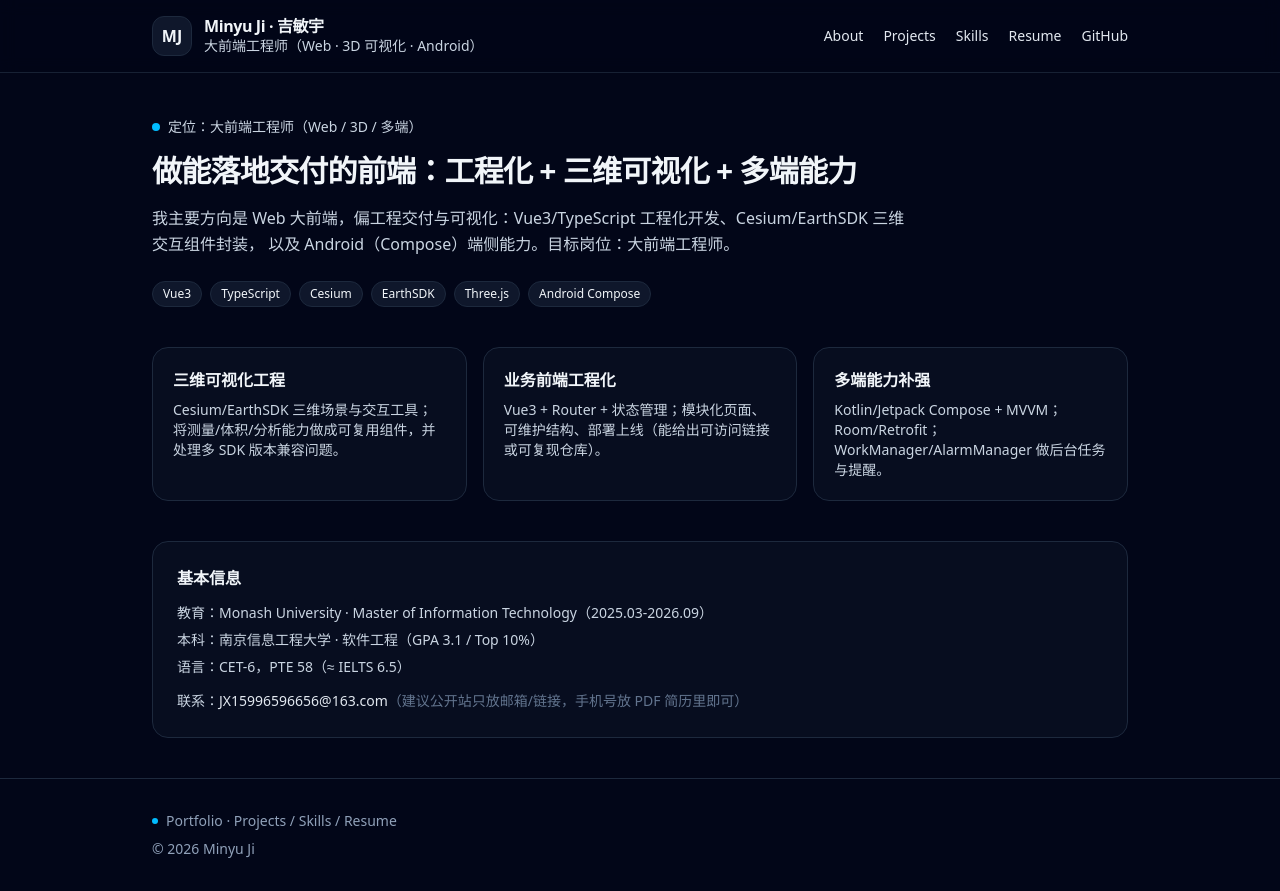
Repository: Andrew-JX/mj-portfolio
Page: /
An editor plug-in stored every save of this project. The page is shown before and after the next save, followed by the edit.
The browser window is 1280 px wide. The pictures show the whole page.
The project was rebuilt for these pictures with package versions that can differ from the ones it lists, and the page was loaded fresh each time. Also part of the build but not shown: vite.config.ts, src/data/projects.ts, src/pages/ProjectsPage.vue, src/pages/ProjectDetailPage.vue, src/pages/SkillsPage.vue, src/pages/ResumePage.vue.

Above is the page before, as saved 2026-01-06 21:58:10.

After the next save:
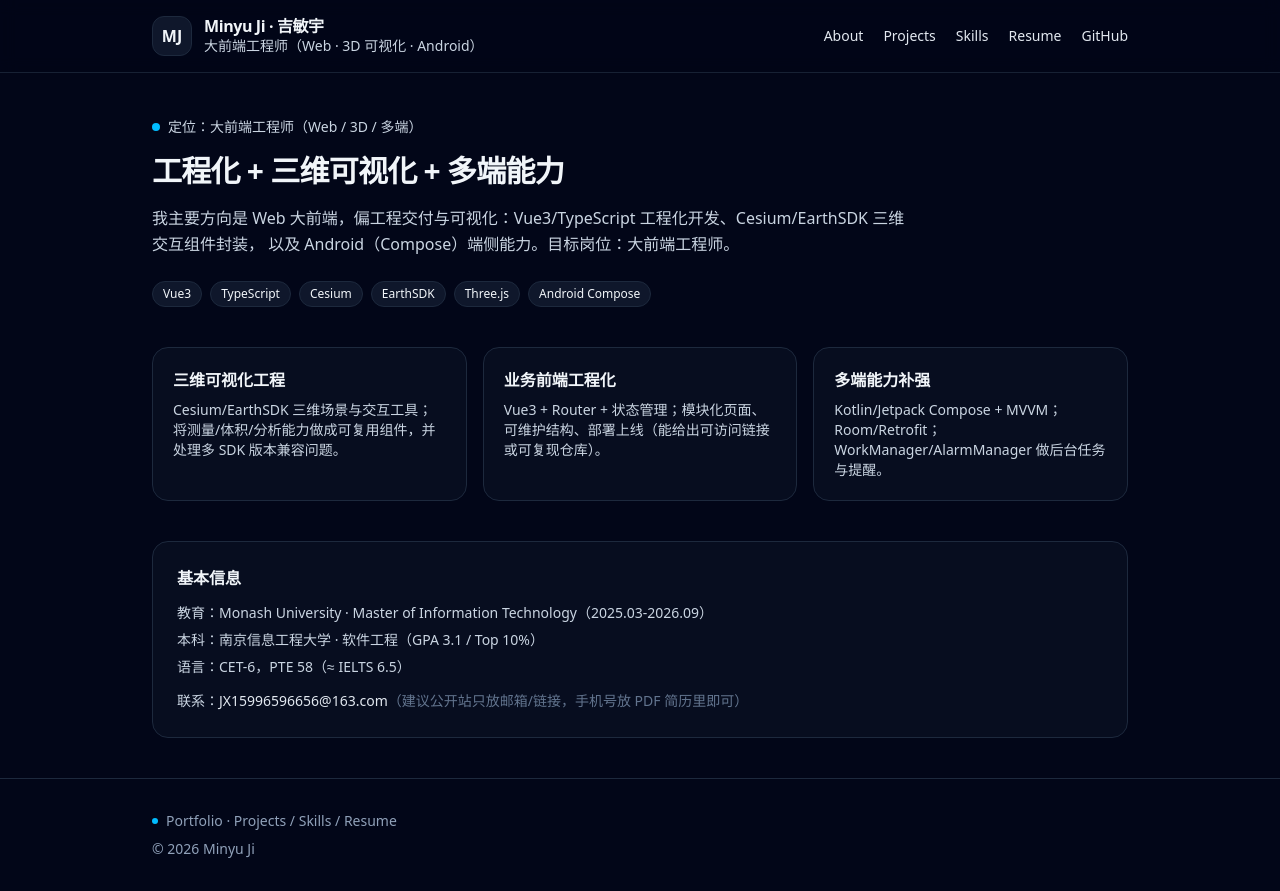
Saved 29 s later.
--- a/src/pages/AboutPage.vue
+++ b/src/pages/AboutPage.vue
@@ -7,7 +7,7 @@
       </div>
 
       <h1 class="text-3xl font-semibold tracking-tight">
-        做能落地交付的前端：工程化 + 三维可视化 + 多端能力
+        工程化 + 三维可视化 + 多端能力
       </h1>
 
       <p class="text-slate-300 leading-relaxed max-w-3xl">
